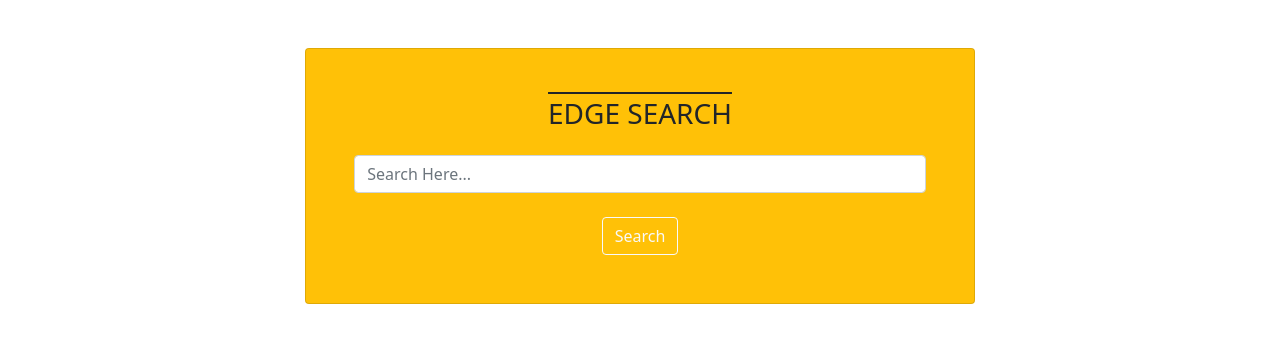
Repository: IamPawan777/spring-MCV
Page: http://localhost/my_search_engine/edgePage.jsp
The author's editor kept a copy of each file at every save. The page is drawn from the files as they stood at one save, then again after a run of saves.
The browser window is 1280 px wide. The pictures show the whole page.
The page is served by Tomcat 9.

Above is the page before, as saved 2025-01-18 08:09:22.

After the next 2 saves:
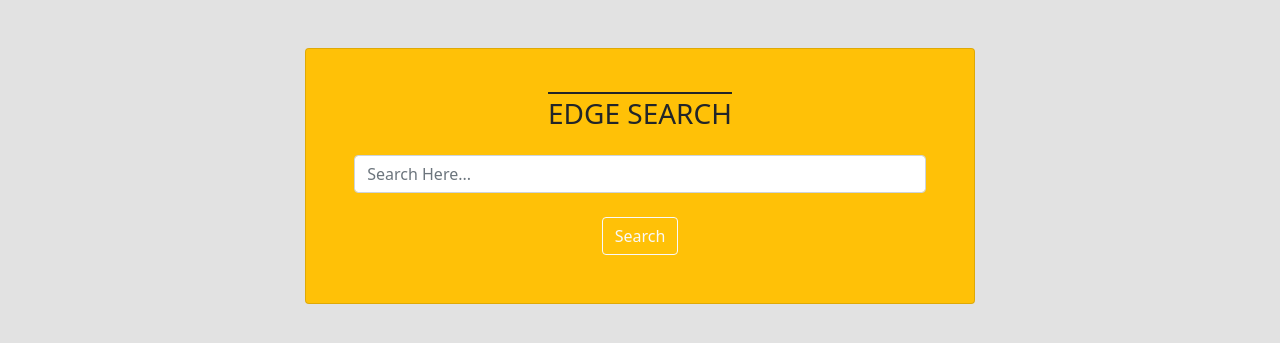
The 2 saves are shown as one change because they came seconds apart.
The last was saved 55 s later.
--- a/my_search_engine/src/main/webapp/edgePage.jsp
+++ b/my_search_engine/src/main/webapp/edgePage.jsp
@@ -11,7 +11,7 @@
 
     <title>Hello, world!</title>
   </head>
-  <body>
+  <body  style="background: #e2e2e2;">
 
 
 
